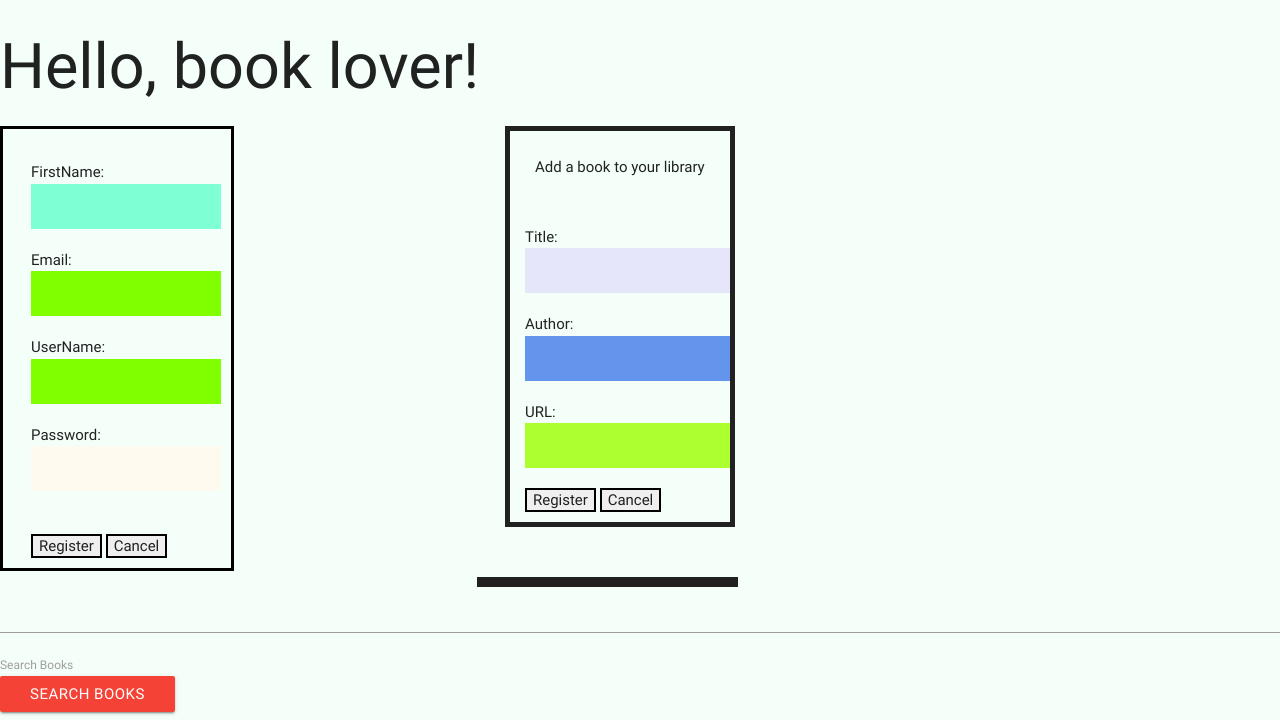
Repository: IuliaGusatu/cloudcomputingProjectSIMPREGusatuIulia
Page: environment/frontend/index.html
The author's editor kept a record of every edit. The page is drawn from the files as they stood at one moment, then again after the next edit.
The browser window is 1280 px wide. The pictures show the whole page.
The page's requests for data from a server got no answer.

Above is the page before.

### environment/frontend/index.html

<!DOCTYPE html>
<html style="background-color: mintcream;">
    <head>
         <link rel="stylesheet" href="https://cdnjs.cloudflare.com/ajax/libs/materialize/0.100.2/css/materialize.min.css">

        <title>BooksMania</title>
    </head>
    <body>
        <h1>Hello, book lover!</h1>
        <div style ="display: inline-block">
            <div style ="float: left; padding-left: 45px; border: 3px;border-color: black;border-style: solid;">
        <form style="margin: 10px;margin-left: -17px;">
  <input type="hidden" name="id" id="id" /><br />
  FirstName:<br />
  <input type="text" name="firstName" id="firstName" style="background-color: aquamarine;border-block-end-style: initial"/><br />
  Email:<br />
  <input type="text" name="email" id="email" style="border-block-end-style: initial;background-color: chartreuse;"><br/>
  UserName:<br />
  <input type="text" name="userName" id="userName" style="background-color: chartreuse;border-block-end-style: initial"><br/>
  Password:<br />
  <input type="text" name="password" id="password" style="background-color: floralwhite; border-block-end-style: initial"><br/>
  <br/>
  <input type="submit" value="Register" style="border-style: solid; border-color: black;" onSubmit="saveUsers()">
  <input type="reset" value="Cancel" style="border-style: solid; border-color: black;">
</form>
</div>
<div style ="float: right; margin-left:271px; border-color:black ; border-padding: 10px; border: 5px; border-style: solid;">
   <p style=" margin:25px">Add a book to your library</p>
  <form style=" margin-left: 15px;"onSubmit="saveBooks(event)">
  <input type="hidden" name="id" id="id" /><br />
  Title:<br />
  <input type="text" name="title" id="title"   style="background-color: lavender;border-block-end-style: initial"/><br />
  Author:<br />
  <input type="text" name="author" id="author" style="background-color: cornflowerblue; border-block-end-style: initial"><br/>
  URL:<br />
  <input type="text" name="url" id="url" style="background-color: greenyellow;border-block-end-style: initial"><br/>
  <input type="submit" value="Register" style=" margin-bottom: 10px;border-style: solid;border-color: black;">
  <input type="reset" value="Cancel"style="border-style: solid;border-color: black;">
</form>
</div>
</div>
<div   onSubmit ="showBooks()"id ="table"style="border-color:black ; border-padding: 10px; border: 5px; border-style: solid; margin-right: 542px; margin-left: 477px;">

</div>
<div id="search" >
		<form id="myform">
			<div >
				<input type="search" id="books">
				<label for="search">Search Books</label>
			</div>
			<button class="btn red">Search Books</button>
		</form>
	</div>
	<div id="result">

	</div>

<script src="https://unpkg.com/axios/dist/axios.min.js"></script>
 <script
    src="https://code.jquery.com/jquery-3.3.1.min.js"
    integrity="sha256-FgpCb/KJQlLNfOu91ta32o/NMZxltwRo8QtmkMRdAu8="
    crossorigin="anonymous"></script>

<script>

    $(document).ready(function() {
        console.log('Hello from JQuery')
        showBooks()
    })
function showBooks() {
    axios.get('/books').then(function(results) {

        let html = ` <table style="width:500px;">
                <tr>
                    <th style="padding:10px">ID</th>
                    <th style="padding:10px">Title</th>
                    <th style="padding:10px">Author</th>
                    <th style="padding:10px">URL</th>

                </tr>`

        results.data.forEach(function(element) {
            html += `<tr>
                        <td>${element.id}</td>
                        <td>${element.title}</td>
                        <td>${element.author}</td>
                        <td>${element.url}</td>
                        <td>
                            <button onClick="editBooks(${element.id})" onClick="editBooks">Edit</button>
                            <button onClick="deleteBooks(${element.id})" onClick="deleteBooks">Delete</button>
                        </td>
                    </tr>`
        })

        html += `</table>`

        $('#table').html(html)
    }).catch(function(error) {
        console.log(error)
    })
}
function saveBooks(event) {
    event.preventDefault()

    let id = $('#id').val()
    let title = $('#title').val()
    let author = $('#author').val()
    let url = $('#url').val()

    if(id) {
        //make a request to PUT /messages/:id
  axios.put('/books/'+id, {
    title: title,
    author: author,
    url: url
}).then(function(result) {
    showBooks()
    $(event.target).trigger("reset")
}).catch(function(err) {
    alert('Resource could not be saved')
})
    } else {
        //make a request to POST /messages
axios.post('/books', {
    title: title,
    author: author,
    url: url
}).then(function(result) {
    showBooks()
    $(event.target).trigger("reset")
}).catch(function(err) {
    alert('Resource could not be saved')
})
    }

}

 function editBooks(id) {
    //get the values from the server
    axios.get('/books/'+id).then(function(result) {
        //display values in the form
        $('#id').val(result.data.id)
        $('#title').val(result.data.title)
        $('#author').val(result.data.author)
        $('#url').val(result.data.url)
    }).catch(function(err) {
        console.log(err)
        alert('Could not find resource')
    })
}

function deleteBooks(id) {
    axios.delete('/books/'+id).then(function(result) {
        showBooks()
    }).catch(function(err) {
        alert('Resource could not delete resource')
    })
}
function saveUsers(event) {
    event.preventDefault()

    let id = $('#id').val()
    let firstName = $('#firstName').val()
    let email = $('#email').val()
    let userName = $('#userName').val()
    let password = $('#password').val()
    if(id) {
        //make a request to PUT /messages/:id
  axios.put('/users/'+id, {
    firstName: firstName,
    email: email,
    userName: userName,
    password: password
}).then(function(result) {

    $(event.target).trigger("reset")
}).catch(function(err) {
    alert('Resource could not be saved')
})
    } else {
        //make a request to POST /messages
axios.post('/users', {
    firstName: firstName,
    email: email,
    userName: userName,
    password: password
}).then(function(result) {

    $(event.target).trigger("reset")
}).catch(function(err) {
    alert('Resource could not be saved')
})
    }

}


function searchBook(){


}

</script>


    </body>
</html>

After the next edit:
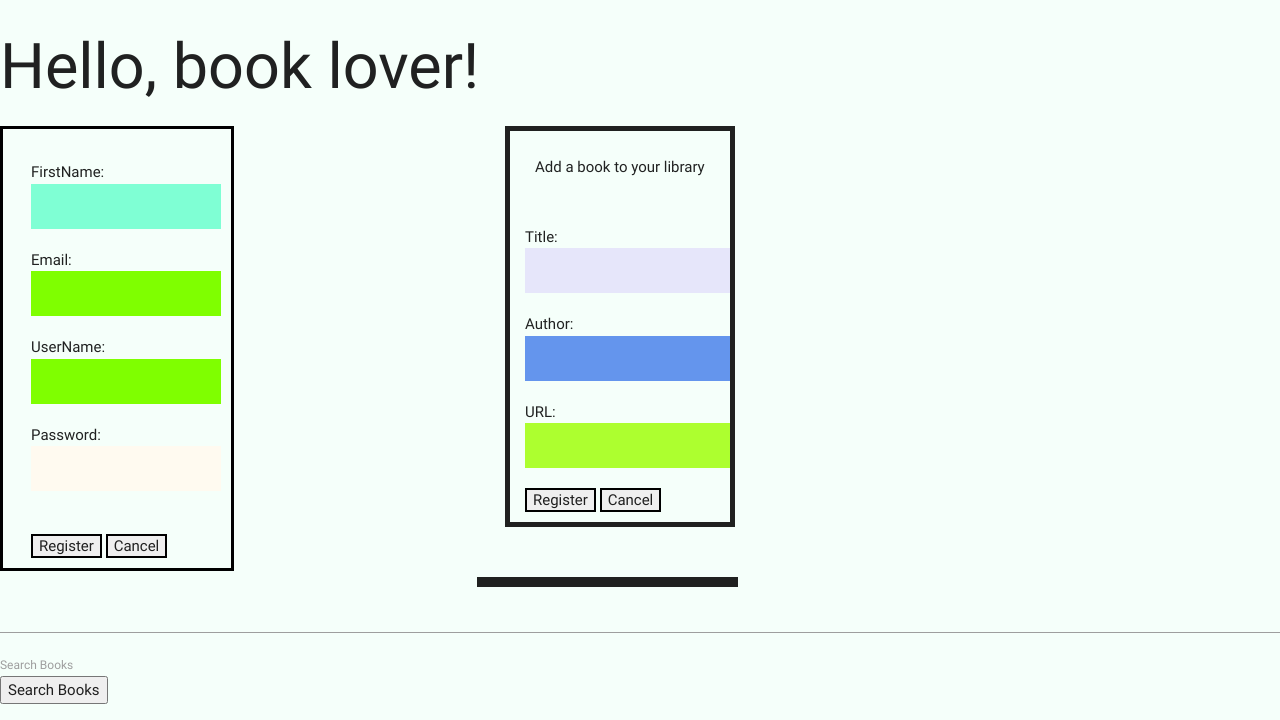
The edit:
--- a/environment/frontend/index.html
+++ b/environment/frontend/index.html
@@ -49,7 +49,7 @@
 				<input type="search" id="books">
 				<label for="search">Search Books</label>
 			</div>
-			<button class="btn red">Search Books</button>
+			<button >Search Books</button>
 		</form>
 	</div>
 	<div id="result">
